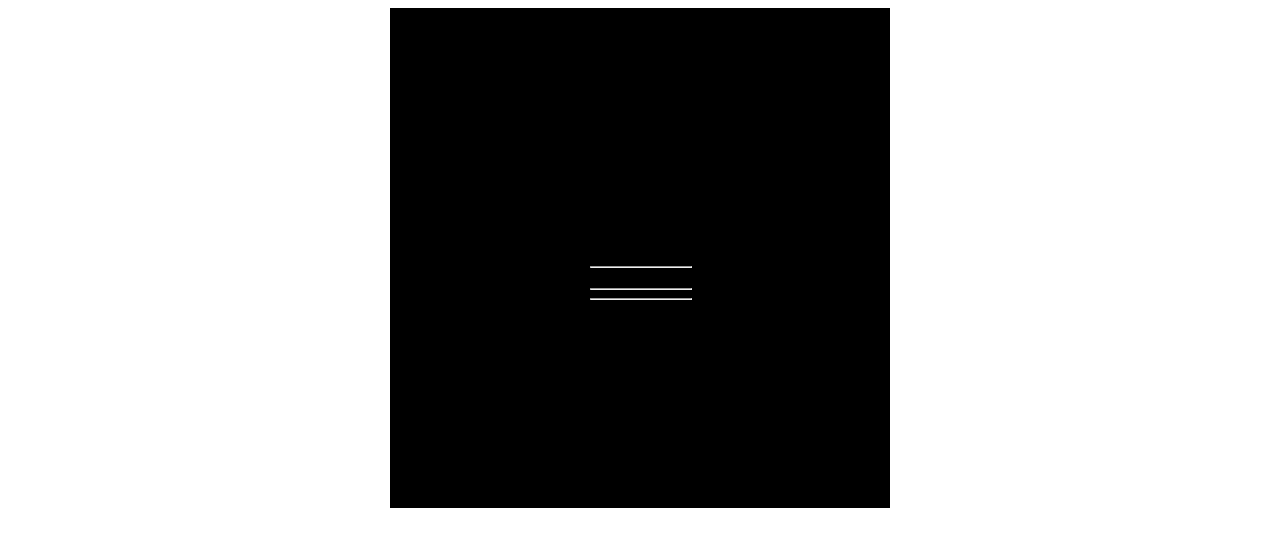
Repository: batonAnton/Hw-Lec10-animation
Page: index.html
These files come from the project's save history. The page is drawn as it stood at one moment and after the next save; the edit follows.
The browser window is 1280 px wide. The pictures show the whole page.

Above is the page before, as saved 2022-07-16 14:43:11.

After the next save:
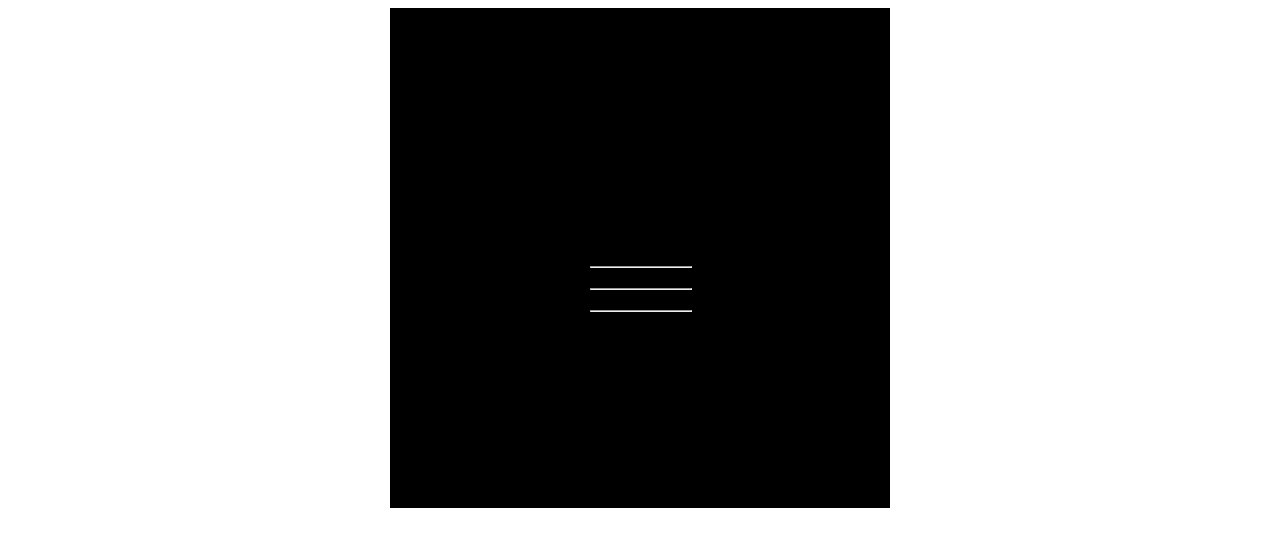
Saved 45 s later.
--- a/css/style.css
+++ b/css/style.css
@@ -23,9 +23,9 @@ hr{
     width: 100px;
 }
 
-.first-line{
+.second-line{
     margin-bottom: 20px;
-
+    margin-top: 20px;
     transition: all 0.3s ease-in-out;
 
 }
@@ -35,6 +35,9 @@ hr{
 
 }
 
+.third-line{
+    transition: all 0.3s ease-in-out;
+}
 
 
 
@@ -42,20 +45,18 @@ hr{
 
 .cross-line:hover .first-line {
     box-shadow: 0.4em 0 0.6em 0.2em rgb(190, 40, 204);
-    transform: rotate(-45deg);
     transition: all 0.3s ease-in-out;
     transform: translateY(18px) translateX(0px) rotate(45deg);
 
 
 }
 .cross-line:hover .second-line {
-    transform: rotate(45deg);
     transition: all 0.3s ease-in-out;
     box-shadow: 0.4em 0 0.6em 0.2em rgb(190, 40, 204);
     transform: translateY(-3px) translateX(0px) rotate(-45deg);
 }
 
-.menu{
-    width: 50px;
-    height: 50px;
+.cross-line:hover .third-line{
+    transition: all 0.3s ease-in-out;
+    transform: translateY(-26px) translateX(0px) rotate(-45deg);
 }
